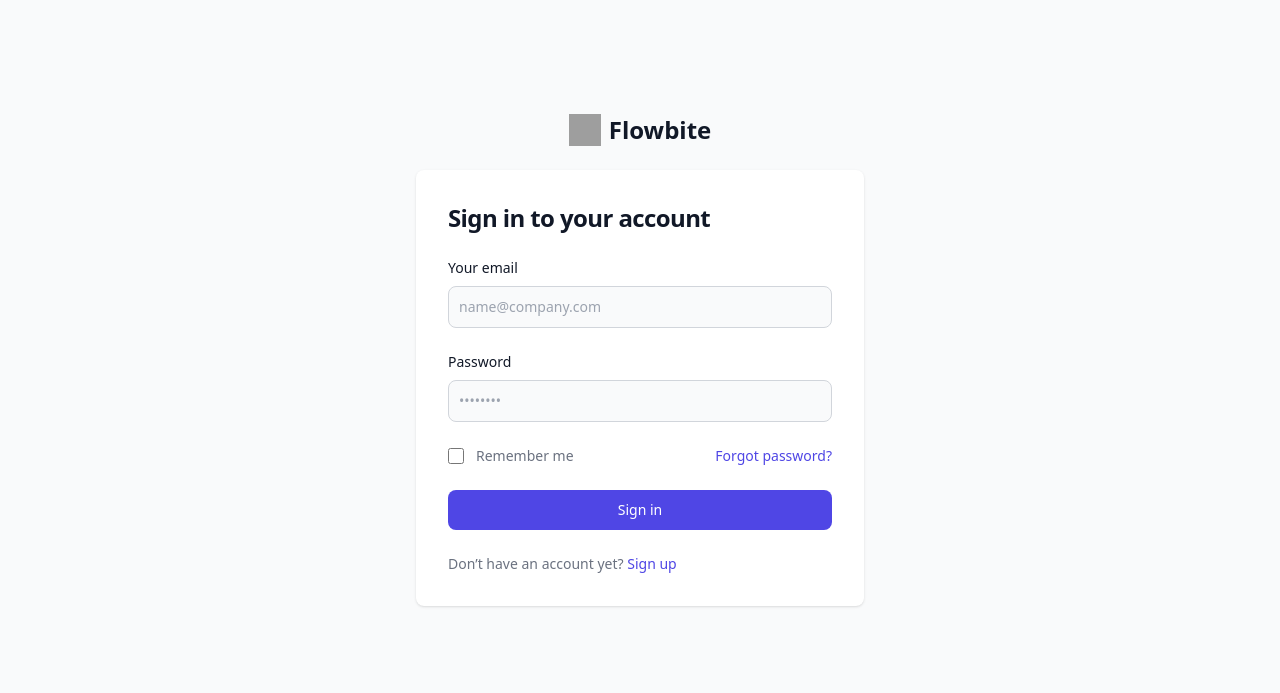
Repository: Narain-Singaram/Coreverse-SMP-Project
Page: http://localhost/app/frontend/account/reg.php
The author's editor kept a copy of each file at every save. The page is drawn from the files as they stood at one save, then again after a run of saves.
The browser window is 1280 px wide. The pictures show the whole page.
Pictures or frames that could not be fetched are drawn as grey boxes. Some web libraries are served in a nearby version. The page is run by PHP 8.4 with error messages shown; the project is at /var/www/html/.

Above is the page before, as saved 2022-11-06 13:54:40.

After the next 2 saves:
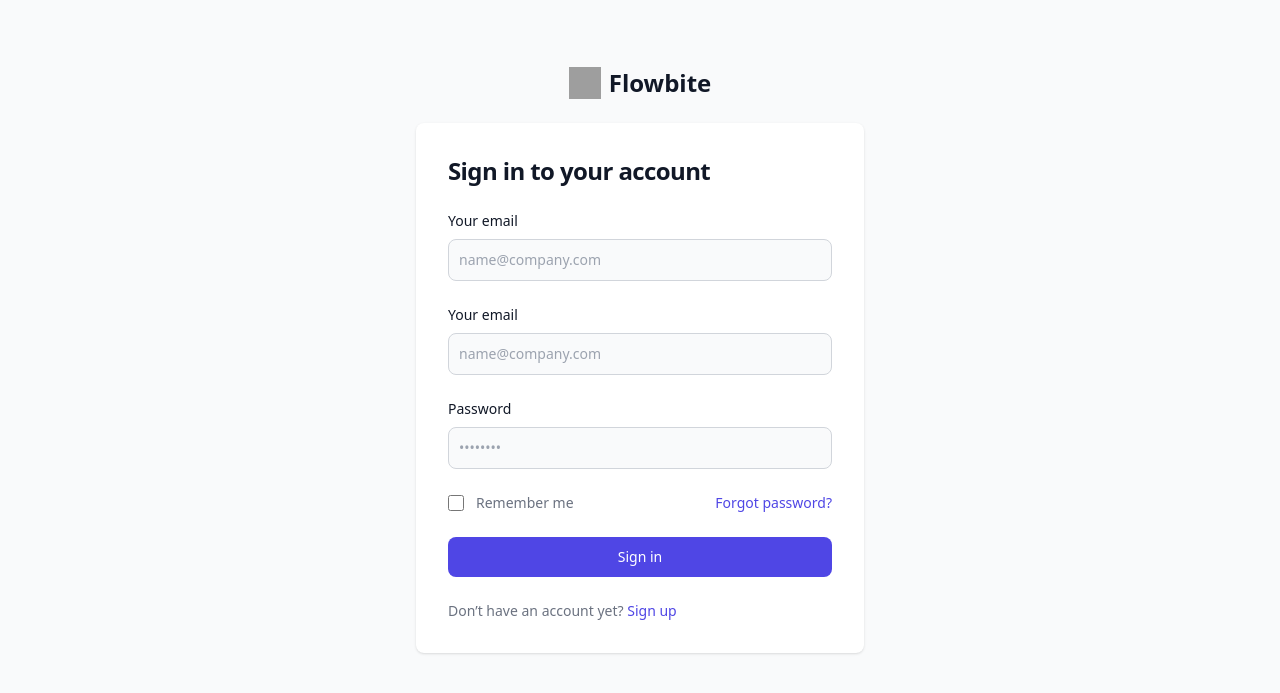
The 2 saves are shown as one change because they came seconds apart.
The last was saved 58 s later.
--- a/app/frontend/account/reg.php
+++ b/app/frontend/account/reg.php
@@ -14,6 +14,10 @@
                     Sign in to your account
                 </h1>
                 <form class="space-y-4 md:space-y-6" action="#">
+                    <div>
+                        <label for="email" class="block mb-2 text-sm font-medium text-gray-900">Your email</label>
+                        <input type="email" name="email" id="email" class="bg-gray-50 border border-gray-300 text-gray-900 sm:text-sm rounded-lg focus:ring-indigo-600 focus:border-indigo-600 block w-full p-2.5" placeholder="name@company.com" required="">
+                    </div>
                     <div>
                         <label for="email" class="block mb-2 text-sm font-medium text-gray-900">Your email</label>
                         <input type="email" name="email" id="email" class="bg-gray-50 border border-gray-300 text-gray-900 sm:text-sm rounded-lg focus:ring-indigo-600 focus:border-indigo-600 block w-full p-2.5" placeholder="name@company.com" required="">
